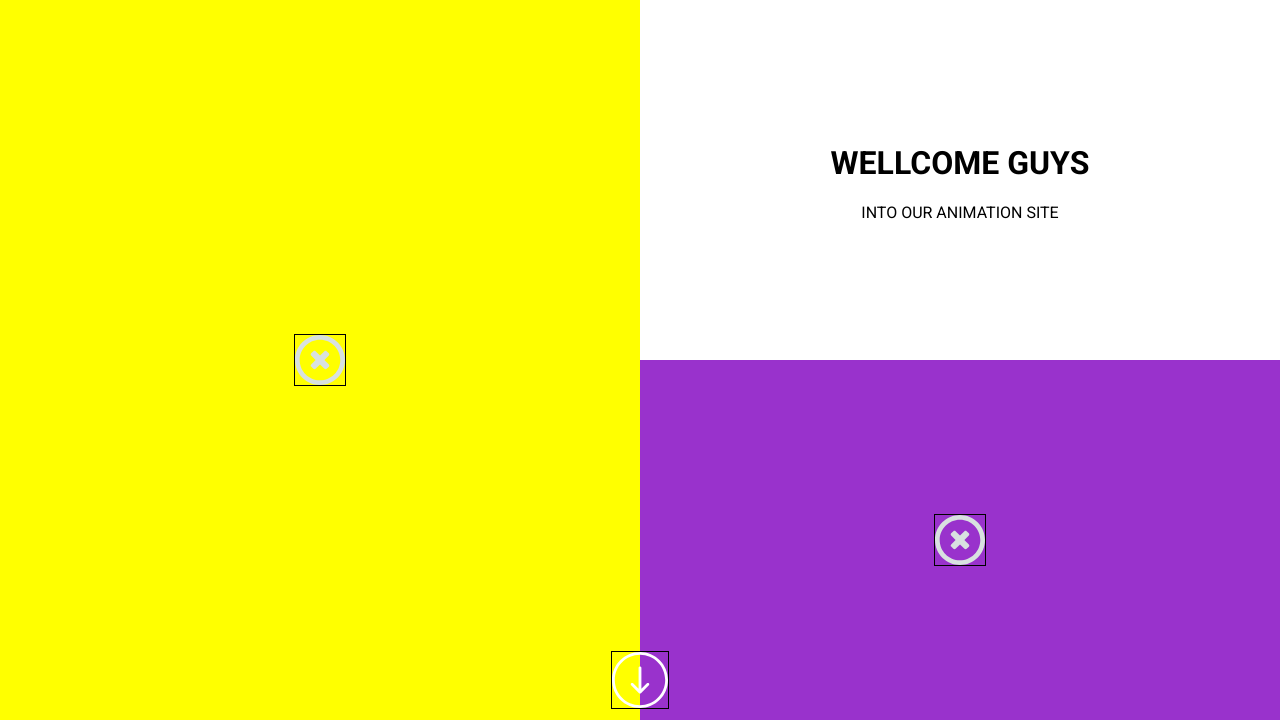
Repository: Rinzlerte/react-reveale-animation
Page: /main
An editor plug-in stored every save of this project. The page is shown before and after a run of saves, followed by the edit.
The browser window is 1280 px wide. The pictures show the whole page.
The project was rebuilt for these pictures with package versions that can differ from the ones it lists, and the page was loaded fresh each time. Also part of the build but not shown: src/components/home/Promoslider.jsx, src/components/home/Header.jsx, src/components/home/Home.jsx, src/components/secondary/Secondary.css, src/components/secondary/Secondary.jsx, src/components/ui/BackBtn.js, src/components/featured/About.jsx, src/components/featured/Inform.jsx and 3 more.

Above is the page before, as saved 2019-10-22 17:36:40.

### public/index.html
<!DOCTYPE html>
<html lang="en">
  <head>
    <meta charset="utf-8" />
    <link rel="icon" href="%PUBLIC_URL%/favicon.ico" />
    <meta name="viewport" content="width=device-width, initial-scale=1" />
    <meta name="theme-color" content="#000000" />
    <meta
      name="description"
      content="Web site created using create-react-app"
    />
    <link rel="apple-touch-icon" href="logo192.png" />
    <link rel="stylesheet" href="https://fonts.googleapis.com/css?family=Roboto:300,400,500,700&display=swap" />
    <link rel="manifest" href="%PUBLIC_URL%/manifest.json" />
    <title>React App</title>
  </head>
  <body>
    <noscript>You need to enable JavaScript to run this app.</noscript>
    <div id="root"></div>
  </body>
</html>

### src/App.js
import React, { Component } from 'react';
import { BrowserRouter, Route } from 'react-router-dom';
import './Resources/styles.css'

import Home from './components/home/Home';
import Main from './components/main/Main';


import About from './components/featured/About';
import Inform from './components/featured/Inform';

import Navigation from './components/navigation/Navigation';
import Contacts from './components/featured/Contacts';

export default class App extends Component {
  render() {
    return (
      <BrowserRouter >
        <Route exact path="/" render={() => <Home />} />
        <Route path="/main" render={() => <Main />}/>
        <Route path="/inform" render={() => <Inform />}/>
        <Route path="/menu" render={() => <Navigation />}/>
        <Route path="/contacts" render={() => <Contacts />}/>
        <Route path="/about" render={() => <About />}/>
      </BrowserRouter>
    )
  }
}

### src/Resources/styles.css
body {
  margin: 0;
  font-family: -apple-system, BlinkMacSystemFont, "Segoe UI", "Roboto", "Oxygen",
    "Ubuntu", "Cantarell", "Fira Sans", "Droid Sans", "Helvetica Neue",
    sans-serif;
  -webkit-font-smoothing: antialiased;
  -moz-osx-font-smoothing: grayscale;
  padding: 0;
  box-sizing: border-box;
  font-family: "Roboto", sans-serif;
}

code {
  font-family: source-code-pro, Menlo, Monaco, Consolas, "Courier New",
    monospace;
}

.home, .container{
  width: 100%;
}

.container{
  height: 100%;
}

/* HEADER */
.header_logo{
  color: white;
  font-size: 28px;
}

.home{
  display: flex;
  justify-content: space-between;
  align-items: center;
  flex-direction: column;
}




/* FOOTER */
.footer{
  bottom: 0;
  position: absolute;
  display: block;
  width: 100%;
  height: 80px;
  z-index: 99;
  display: flex;
  align-items: center;
  justify-content: space-around;
}


.arrow-btn, .back-btn{
  display: block;
}

.arrow-btn, .cross-btn, .back-btn{
  background-size: cover !important;

}



.link{
  display: block;
  border:1px solid black;
}

### src/components/main/Main.jsx
import React from 'react';
import {ArrowBtn} from '../ui/ArrowBtn';
import {CrossBtn} from '../ui/CrossBtn';

import Slide from 'react-reveal/Slide';
import Wellcome from './Wellcome';
import Information from './Information';

import Secondary from '../secondary/Secondary';

import './Main.css';

  export default class Main extends React.Component {
      constructor(props){
          super(props);
          this.state={
			secondary: false,
		}
		this.toogleSecondary = this.toogleSecondary.bind(this);
		this.handleEvent = this.handleEvent.bind(this);
      }

	handleEvent = (event) =>{
		var y = event.deltaY;
		if (y > 0) {
			console.log("scroll down");
		this.setState({
			secondary : true,
		})
		} else {
			console.log("scroll up");
			this.setState({
				// secondary : false,
			})
		}
	}
	toogleSecondary = (value) => {
		console.log(value);
		this.setState({
			secondary : value
		});
	}

    render(){
        return (
				<div className="main" style={{ height:`${window.innerHeight}px`}} onWheel={(event)=>this.handleEvent(event)}>
					<div className="container" style={{display:`flex`, height:`${window.innerHeight}px`}}>
						<Slide left>
							<div className="about-box">
								<CrossBtn  width="50px" height="50px" link="true" linkTo="/about"/>
							</div>
						</Slide>
						<Slide right>
							<div className="intro">
								<Wellcome />
								<Information />
							</div>
						</Slide>
					</div>
					{	this.state.secondary?
						<Secondary />
						:null
					}
					<div className="footer" onClick={(e)=>this.toogleSecondary(true)}>
						<ArrowBtn
							width="56px" height="56px" link="true" linkTo="/secondary"
						/>
					</div>
				</div>
        );
    }
}

### src/components/ui/ArrowBtn.js
import React from "react";
import { Link } from "react-router-dom";

import IconImage from "../../Resources/images/logos/down-arrow.svg";

export const ArrowBtn = props => {
  const template = (
    <div
      className="arrow-btn"
      style={{
        width: props.width,
        height: props.height,
        background: `url(${IconImage}) no-repeat`
      }}
    />
  );

  if (props.link) {
    return (
      <Link to={props.linkTo} className="link">
        {template}
      </Link>
    );
  } else {
    return template;
  }
};

### src/components/ui/CrossBtn.js
import React from "react";
import { Link } from "react-router-dom";
import Flip from 'react-reveal/Flip';

import image from "../../Resources/images/logos/close.svg";

export const CrossBtn = props => {
  const template = (
    <div
      className="cross-btn"
      style={{
        width: props.width,
        height: props.height,
        background: `url(${image}) no-repeat`
      }}
    />
  );

  if (props.link) {
    return (
      <Link to={props.linkTo} className="link">
        {template}
      </Link>
    );
  } else {
    return template;
  }
};

### src/components/main/Wellcome.jsx
import React from 'react';

const Wellcome = () => {
    return (
        <div className="wellcome-box">
         <div className="wellcome-wrapper">
            <h1>WELLCOME GUYS</h1>
            <p>INTO OUR ANIMATION SITE</p>
         </div>
        </div>
    );
};

export default Wellcome;

### src/components/main/Information.jsx
import React, { Component } from 'react';

import {CrossBtn} from '../ui/CrossBtn';

export default class Information extends Component {

    constructor(props) {
        super(props);
        this.state = { show: false };
        this.mouseEnter = this.mouseEnter.bind(this);
        this.mouseLeave = this.mouseLeave.bind(this);
      }

    mouseEnter() {
        console.log('mouse enter');
        this.setState({shown: true})
    }

    mouseLeave() {
        console.log('mouse leave');
        this.setState({
            show: false
        })
    }

    render() {
        return (
            <div className="inform-box" onMouseEnter={this.mouseEnter} onMouseLeave={this.mouseLeave}>
                <CrossBtn  width="50px" height="50px" link="true" linkTo="/inform" />
            </div>
        )
    }
}

### src/components/main/Main.css

.main{
	display: flex;
	width: 100%;
	overflow: hidden;
}

.intro, .about{
	width: 50%;
	height: 100%;
}

.about-box{
	width: 50%;
	height: 100%;
	background-color: yellow;
	display: flex;
	justify-content: space-around;
	align-items: center;
}

.wellcome-box{
	width: 100%;
	height: 50%;
	background-color: white;
	display: flex;
	justify-content: space-around;
	align-items: center;
	text-align: center;
}


.inform-box{
	width: 100%;
	height: 50%;
	display: flex;
	justify-content: space-around;
	align-items: center;
	background-color: darkorchid;
}

Loaded but not shown: src/index.js (common file)

After the next 2 saves:
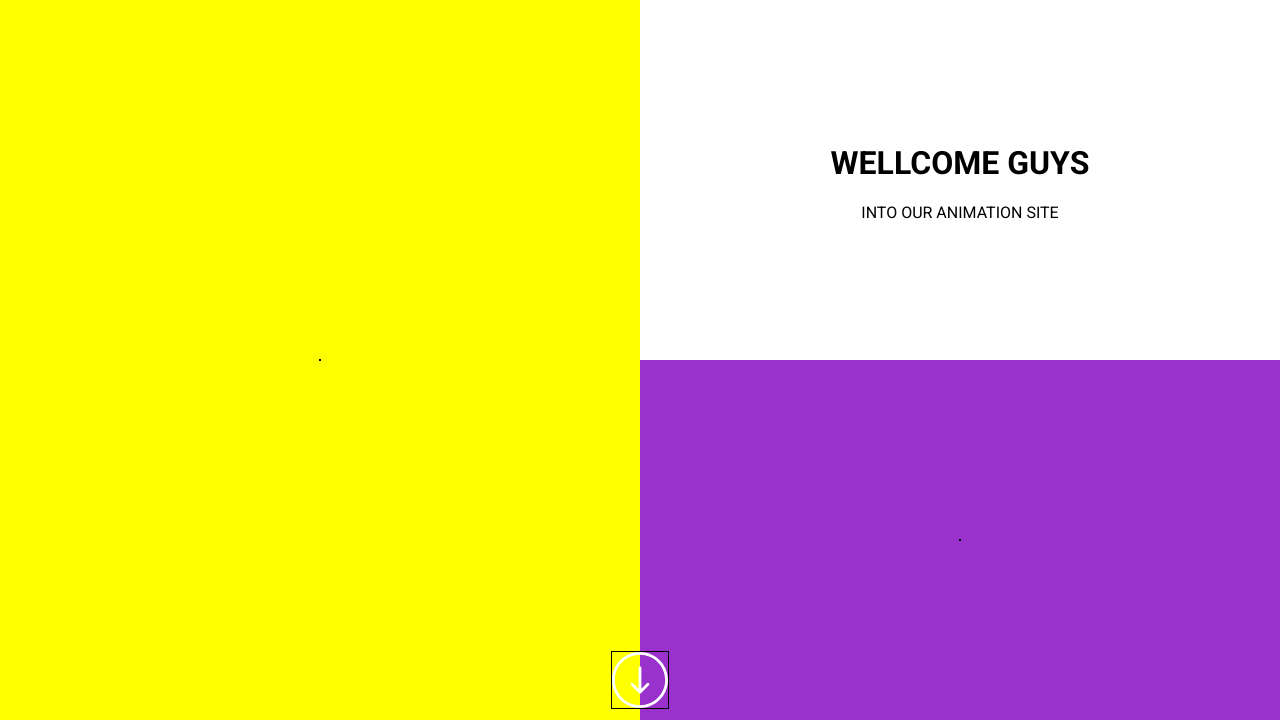
The 2 saves are shown as one change because 1 did not build or start.
The last was saved 110 s later.
--- a/src/components/ui/CrossBtn.js
+++ b/src/components/ui/CrossBtn.js
@@ -6,13 +6,13 @@ import image from "../../Resources/images/logos/close.svg";
 
 export const CrossBtn = props => {
   const template = (
-    <div
-      className="cross-btn"
-      style={{
-        width: props.width,
-        height: props.height,
-        background: `url(${image}) no-repeat`
-      }}
+    <Flip
+        className="cross-btn"
+        style={{
+          width: props.width,
+          height: props.height,
+          background: `url(${image}) no-repeat`
+        }}
     />
   );
 
